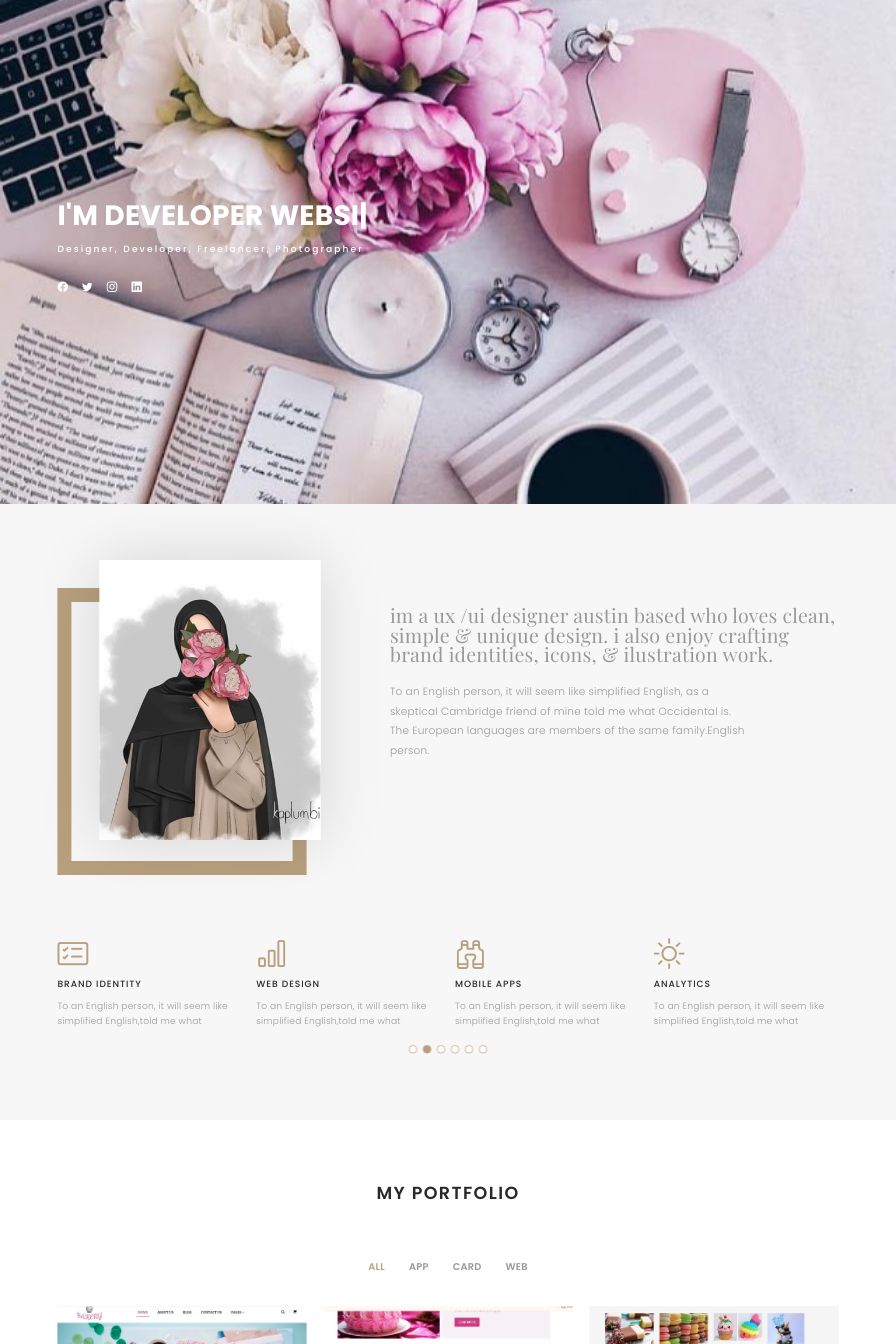
Repository: AlaaBashirSaijary/Library
Page: http://localhost/home
The author's editor kept a copy of each file at every save. The page is drawn from the files as they stood at one save, then again after a run of saves.
The browser window is 1280 px wide. The pictures show the part of the page from y = 0 to 1920 px (the page is 3559 px tall), at 70% of full size.
Some web fonts or font styles are not loaded; a fallback is used. The page is served by the project's Laravel application, run on PHP 8.4 with Laravel 10. Other server files are loaded and not shown.

Above is the page before, as saved 2024-01-04 15:24:13.

### routes/web.php
<?php

use Illuminate\Support\Facades\Route;

/*
|--------------------------------------------------------------------------
| Web Routes
|--------------------------------------------------------------------------
|
| Here is where you can register web routes for your application. These
| routes are loaded by the RouteServiceProvider and all of them will
| be assigned to the "web" middleware group. Make something great!
|
*/

Route::get('/', function () {
    return view('welcome');
});
Route::get('/home', function () {
    return view('pages.home');
});

### resources/views/pages/home.blade.php
@extends("master.app")

@section("content")
  <!-- ======= Hero Section ======= -->
  <div id="hero" class="home">

    <div class="container">
      <div class="hero-content">
        <h1>I'm <span class="typed" data-typed-items="Alaa Saijary,  Developer Website, Developer Website, Freelancer, Writer"></span></h1>
        <p>Designer, Developer, Freelancer, Photographer</p>

        <ul class="list-unstyled list-social">
          <li><a href="#"><i class="bi bi-facebook"></i></a></li>
          <li><a href="#"><i class="bi bi-twitter"></i></a></li>
          <li><a href="#"><i class="bi bi-instagram"></i></a></li>
          <li><a href="#"><i class="bi bi-linkedin"></i></a></li>
        </ul>
      </div>
    </div>
  </div><!-- End Hero -->

  <main id="main">

    <!-- ======= About Section ======= -->
    <div id="about" class="paddsection">
      <div class="container">
        <div class="row justify-content-between">

          <div class="col-lg-4 ">
            <div class="div-img-bg">
              <div class="about-img">
                <img src="assets/img/me.jpg" class="img-responsive" alt="me">
              </div>
            </div>
          </div>

          <div class="col-lg-7">
            <div class="about-descr">

              <p class="p-heading">im a ux /ui designer austin based who loves clean, simple & unique design. i also enjoy crafting brand identities, icons, & ilustration work. </p>
              <p class="separator">To an English person, it will seem like simplified English, as a skeptical Cambridge friend of mine told me what Occidental is. The European languages are members of the same family.English person.</p>

            </div>

          </div>
        </div>
      </div>
    </div><!-- End About Section -->

    <!-- ======= Services Section ======= -->
    <div id="services">
      <div class="container">

        <div class="services-slider swiper" data-aos="fade-up" data-aos-delay="100">
          <div class="swiper-wrapper">

            <div class="swiper-slide">
              <div class="services-block">
                <i class="bi bi-briefcase"></i>
                <span>UI/UX DESIGN</span>
                <p class="separator">To an English person, it will seem like simplified English,told me what </p>
              </div>
            </div><!-- End testimonial item -->

            <div class="swiper-slide">
              <div class="services-block">
                <i class="bi bi-card-checklist"></i>
                <span>BRAND IDENTITY</span>
                <p class="separator">To an English person, it will seem like simplified English,told me what </p>
              </div>
            </div><!-- End testimonial item -->

            <div class="swiper-slide">
              <div class="services-block">
                <i class="bi bi-bar-chart"></i>
                <span>WEB DESIGN</span>
                <p class="separator">To an English person, it will seem like simplified English,told me what </p>
              </div>
            </div><!-- End testimonial item -->

            <div class="swiper-slide">
              <div class="services-block">
                <i class="bi bi-binoculars"></i>
                <span>MOBILE APPS</span>
                <p class="separator">To an English person, it will seem like simplified English,told me what </p>
              </div>
            </div><!-- End testimonial item -->

            <div class="swiper-slide">
              <div class="services-block">
                <i class="bi bi-brightness-high"></i>
                <span>Analytics</span>
                <p class="separator">To an English person, it will seem like simplified English,told me what </p>
              </div>
            </div><!-- End testimonial item -->

            <div class="swiper-slide">
              <div class="services-block">
                <i class="bi bi-calendar4-week"></i>
                <span>PHOTOGRAPHY</span>
                <p class="separator">To an English person, it will seem like simplified English,told me what </p>
              </div>
            </div><!-- End testimonial item -->

          </div>
          <div class="swiper-pagination"></div>
        </div>

      </div>

    </div><!-- End Services Section -->

    <!-- ======= Portfolio Section ======= -->
    <div id="portfolio" class="paddsection">

      <div class="container">
        <div class="section-title text-center">
          <h2>My Portfolio</h2>
        </div>
      </div>

      <div class="container">

        <div class="row">
          <div class="col-lg-12 d-flex justify-content-center">
            <ul id="portfolio-flters">
              <li data-filter="*" class="filter-active">All</li>
              <li data-filter=".filter-app">App</li>
              <li data-filter=".filter-card">Card</li>
              <li data-filter=".filter-web">Web</li>
            </ul>
          </div>
        </div>

        <div class="row portfolio-container">

          <div class="col-lg-4 col-md-6 portfolio-item filter-app">
            <img src="assets/img/portfolio/portfolio-1.jpg" class="img-fluid" alt="">
            <div class="portfolio-info">
              <h4>App 1</h4>
              <p>App</p>
              <a href="assets/img/portfolio/portfolio-1.jpg" data-gallery="portfolioGallery" class="portfolio-lightbox preview-link" title="App 1"><i class="bx bx-plus"></i></a>
              <a href="portfolio-details.html" class="details-link" title="More Details"><i class="bx bx-link"></i></a>
            </div>
          </div>

          <div class="col-lg-4 col-md-6 portfolio-item filter-web">
            <img src="assets/img/portfolio/portfolio-2.jpg" class="img-fluid" alt="">
            <div class="portfolio-info">
              <h4>Web 3</h4>
              <p>Web</p>
              <a href="assets/img/portfolio/portfolio-2.jpg" data-gallery="portfolioGallery" class="portfolio-lightbox preview-link" title="Web 3"><i class="bx bx-plus"></i></a>
              <a href="portfolio-details.html" class="details-link" title="More Details"><i class="bx bx-link"></i></a>
            </div>
          </div>

          <div class="col-lg-4 col-md-6 portfolio-item filter-app">
            <img src="assets/img/portfolio/portfolio-3.jpg" class="img-fluid" alt="">
            <div class="portfolio-info">
              <h4>App 2</h4>
              <p>App</p>
              <a href="assets/img/portfolio/portfolio-3.jpg" data-gallery="portfolioGallery" class="portfolio-lightbox preview-link" title="App 2"><i class="bx bx-plus"></i></a>
              <a href="portfolio-details.html" class="details-link" title="More Details"><i class="bx bx-link"></i></a>
            </div>
          </div>

          <div class="col-lg-4 col-md-6 portfolio-item filter-card">
            <img src="assets/img/portfolio/portfolio-4.jpg" class="img-fluid" alt="">
            <div class="portfolio-info">
              <h4>Card 2</h4>
              <p>Card</p>
              <a href="assets/img/portfolio/portfolio-4.jpg" data-gallery="portfolioGallery" class="portfolio-lightbox preview-link" title="Card 2"><i class="bx bx-plus"></i></a>
              <a href="portfolio-details.html" class="details-link" title="More Details"><i class="bx bx-link"></i></a>
            </div>
          </div>

          <div class="col-lg-4 col-md-6 portfolio-item filter-web">
            <img src="assets/img/portfolio/portfolio-5.jpg" class="img-fluid" alt="">
            <div class="portfolio-info">
              <h4>Web 2</h4>
              <p>Web</p>
              <a href="assets/img/portfolio/portfolio-5.jpg" data-gallery="portfolioGallery" class="portfolio-lightbox preview-link" title="Web 2"><i class="bx bx-plus"></i></a>
              <a href="portfolio-details.html" class="details-link" title="More Details"><i class="bx bx-link"></i></a>
            </div>
          </div>

          <div class="col-lg-4 col-md-6 portfolio-item filter-app">
            <img src="assets/img/portfolio/portfolio-6.jpg" class="img-fluid" alt="">
            <div class="portfolio-info">
              <h4>App 3</h4>
              <p>App</p>
              <a href="assets/img/portfolio/portfolio-6.jpg" data-gallery="portfolioGallery" class="portfolio-lightbox preview-link" title="App 3"><i class="bx bx-plus"></i></a>
              <a href="portfolio-details.html" class="details-link" title="More Details"><i class="bx bx-link"></i></a>
            </div>
          </div>

        </div>

      </div>

    </div><!-- End Portfolio Section -->

    <!-- ======= Journal Section ======= -->
    <div id="journal" class="text-left paddsection">

      <div class="container">
        <div class="section-title text-center">
          <h2>journal</h2>
        </div>
      </div>

      <div class="container">
        <div class="journal-block">
          <div class="row">

            <div class="col-lg-4 col-md-6">
              <div class="journal-info">

                <a href="blog-single.html"><img src="assets/img/blog-post-1.jpg" class="img-responsive" alt="img"></a>

                <div class="journal-txt">

                  <h4><a href="blog-single.html">SO LETS MAKE THE MOST IS BEAUTIFUL</a></h4>
                  <p class="separator">To an English person, it will seem like simplified English
                  </p>

                </div>

              </div>
            </div>

            <div class="col-lg-4 col-md-6">
              <div class="journal-info">

                <a href="blog-single.html"><img src="assets/img/blog-post-2.jpg" class="img-responsive" alt="img"></a>

                <div class="journal-txt">

                  <h4><a href="blog-single.html">WE'RE GONA MAKE DREAMS COMES</a></h4>
                  <p class="separator">To an English person, it will seem like simplified English
                  </p>

                </div>

              </div>
            </div>

            <div class="col-lg-4 col-md-6">
              <div class="journal-info">

                <a href="blog-single.html"><img src="assets/img/blog-post-3.jpg" class="img-responsive" alt="img"></a>

                <div class="journal-txt">

                  <h4><a href="blog-single.html">NEW LIFE CIVILIZATIONS TO BOLDLY</a></h4>
                  <p class="separator">To an English person, it will seem like simplified English
                  </p>

                </div>

              </div>
            </div>

          </div>
        </div>
      </div>

    </div><!-- End Journal Section -->

    <!-- ======= Contact Section ======= -->
    <div id="contact" class="paddsection">
      <div class="container">
        <div class="contact-block1">
          <div class="row">

            <div class="col-lg-6">
              <div class="contact-contact">

                <h2 class="mb-30">GET IN TOUCH</h2>

                <ul class="contact-details">
                  <li><span>23 Main, Street</span></li>
                  <li><span>New York, United States</span></li>
                  <li><span>+88 01912704287</span></li>
                  <li><span>example@example.com</span></li>
                </ul>

              </div>
            </div>

            <div class="col-lg-6">
              <form action="forms/contact.php" method="post" role="form" class="php-email-form">
                <div class="row gy-3">

                  <div class="col-lg-6">
                    <div class="form-group contact-block1">
                      <input type="text" name="name" class="form-control" id="name" placeholder="Your Name" required>
                    </div>
                  </div>

                  <div class="col-lg-6">
                    <div class="form-group">
                      <input type="email" class="form-control" name="email" id="email" placeholder="Your Email" required>
                    </div>
                  </div>

                  <div class="col-lg-12">
                    <div class="form-group">
                      <input type="text" class="form-control" name="subject" id="subject" placeholder="Subject" required>
                    </div>
                  </div>

                  <div class="col-lg-12">
                    <div class="form-group">
                      <textarea class="form-control" name="message" placeholder="Message" required></textarea>
                    </div>
                  </div>

                  <div class="col-lg-12">
                    <div class="loading">Loading</div>
                    <div class="error-message"></div>
                    <div class="sent-message">Your message has been sent. Thank you!</div>
                  </div>

                  <div class="mt-0">
                    <input type="submit" class="btn btn-defeault btn-send" value="Send message">
                  </div>

                </div>
              </form>
            </div>
          </div>
        </div>
      </div>
    </div><!-- End Contact Section -->

  </main><!-- End #main -->

@endsection

### resources/views/master/app.blade.php
<!DOCTYPE html>
<html lang="en">

<head>
  <meta charset="utf-8">
  <meta content="width=device-width, initial-scale=1.0" name="viewport">

  <title>Folio Bootstrap Template - Index</title>
  <meta content="" name="description">
  <meta content="" name="keywords">

  <!-- Favicons -->
  <link href="{{ asset("img/favicon.png") }}" rel="icon">
  <link href="{{ asset("img/apple-touch-icon.png") }}" rel="apple-touch-icon">

  <!-- Google Fonts -->
  <link href="https://fonts.googleapis.com/css?family=Poppins:300,300i,400,400i,500,500i,600,600i,700,700i|Playfair+Display:400,400i,500,500i,600,600i,700,700i,900,900i" rel="stylesheet">

  <!-- Vendor CSS Files -->
  <link href='{{asset("vendor/bootstrap/css/bootstrap.min.css")  }}' rel="stylesheet">
  <link href='{{asset("vendor/bootstrap-icons/bootstrap-icons.css")  }}' rel="stylesheet">
  <link href='{{asset("vendor/boxicons/css/boxicons.min.css")  }}' rel="stylesheet">
  <link href='{{asset("vendor/glightbox/css/glightbox.min.css")  }}' rel="stylesheet">
  <link href='{{asset("vendor/swiper/swiper-bundle.min.css")  }}' rel="stylesheet">

  <!-- Template Main CSS File -->
  <link href='{{ asset("css/style.css") }}' rel="stylesheet">

  <!-- =======================================================
  * Template Name: Folio
  * Updated: Nov 17 2023 with Bootstrap v5.3.2
  * Template URL: https://bootstrapmade.com/folio-bootstrap-portfolio-template/
  * Author: BootstrapMade.com
  * License: https://bootstrapmade.com/license/
  ======================================================== -->
</head>

<body>


@include("master.header")
@yield("content")
@include("master.footer")


  <a href="#" class="back-to-top d-flex align-items-center justify-content-center"><i class="bi bi-arrow-up-short"></i></a>

  <!-- Vendor JS Files -->
  <script src='{{ asset("vendor/bootstrap/js/bootstrap.bundle.min.js") }}'></script>
  <script src='{{ asset("vendor/glightbox/js/glightbox.min.js") }}'></script>
  <script src='{{ asset("vendor/isotope-layout/isotope.pkgd.min.js") }}'></script>
  <script src='{{ asset("vendor/swiper/swiper-bundle.min.js") }}'></script>
  <script src='{{ asset("vendor/typed.js/typed.umd.js") }}'></script>
  <script src='{{ asset("vendor/php-email-form/validate.js") }}'></script>

  <!-- Template Main JS File -->
  <script src='{{ asset("js/main.js") }}'></script>

</body>

</html>

### resources/views/master/header.blade.php
  <!-- ======= Header ======= -->
  <header id="header" class="fixed-top ">
    <div class="container d-flex align-items-center justify-content-between">

      <a href="index.html" class="logo"><img src="assets/img/logo.png" alt="" class="img-fluid"></a>
      <!-- Uncomment below if you prefer to use an text logo -->
      <!-- <h1 class="logo"><a href="index.html">Folio</a></h1> -->

      <nav id="navbar" class="navbar">
        <ul>
          <li><a class="nav-link scrollto active" href="#hero">Home</a></li>
          <li><a class="nav-link scrollto" href="#about">About</a></li>
          <li><a class="nav-link  scrollto" href="#portfolio">Portfolio</a></li>
          <li><a class="nav-link  scrollto" href="#journal">Blog</a></li>
          <li class="dropdown"><a href="#"><span>Drop Down</span> <i class="bi bi-chevron-down"></i></a>
            <ul>
              <li><a href="#">Drop Down 1</a></li>
              <li class="dropdown"><a href="#"><span>Deep Drop Down</span> <i class="bi bi-chevron-right"></i></a>
                <ul>
                  <li><a href="#">Deep Drop Down 1</a></li>
                  <li><a href="#">Deep Drop Down 2</a></li>
                  <li><a href="#">Deep Drop Down 3</a></li>
                  <li><a href="#">Deep Drop Down 4</a></li>
                  <li><a href="#">Deep Drop Down 5</a></li>
                </ul>
              </li>
              <li><a href="#">Drop Down 2</a></li>
              <li><a href="#">Drop Down 3</a></li>
              <li><a href="#">Drop Down 4</a></li>
            </ul>
          </li>
          <li><a class="nav-link scrollto" href="#contact">Contact</a></li>
        </ul>
        <i class="bi bi-list mobile-nav-toggle"></i>
      </nav><!-- .navbar -->

    </div>
  </header><!-- End Header -->

### resources/views/master/footer.blade.php
<div id="footer" class="text-center">
    <div class="container">
      <div class="socials-media text-center">

        <ul class="list-unstyled">
          <li><a href="#"><i class="bi bi-facebook"></i></a></li>
          <li><a href="#"><i class="bi bi-twitter"></i></a></li>
          <li><a href="#"><i class="bi bi-instagram"></i></a></li>
          <li><a href="#"><i class="bi bi-linkedin"></i></a></li>
        </ul>

      </div>

      <p>&copy; Copyrights Folio. All rights reserved.</p>

      <div class="credits">
        <!--
        All the links in the footer should remain intact.
        You can delete the links only if you purchased the pro version.
        Licensing information: https://bootstrapmade.com/license/
        Purchase the pro version with working PHP/AJAX contact form: https://bootstrapmade.com/buy/?theme=Folio
      -->
        Designed by <a href="https://bootstrapmade.com/">BootstrapMade</a>
      </div>

    </div>
  </div><!-- End Footer -->

Loaded but not shown: public/js/main.js (263 lines, source omitted); public/css/style.css (1546 lines, source omitted)

After the next 3 saves:
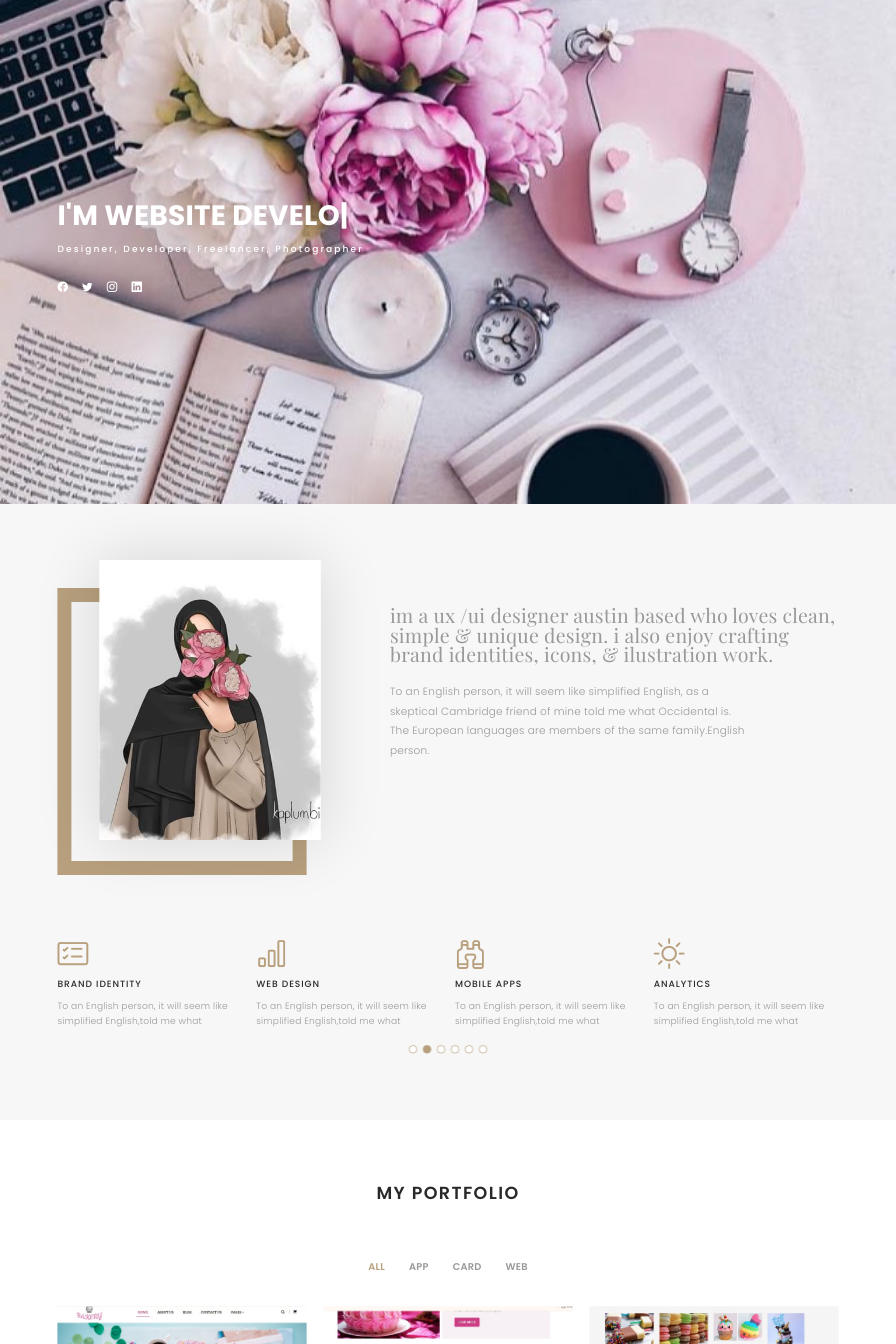
The 3 saves are shown as one change because they came seconds apart.
The last was saved 11 s later.
--- a/resources/views/pages/home.blade.php
+++ b/resources/views/pages/home.blade.php
@@ -6,7 +6,7 @@
 
     <div class="container">
       <div class="hero-content">
-        <h1>I'm <span class="typed" data-typed-items="Alaa Saijary,  Developer Website, Developer Website, Freelancer, Writer"></span></h1>
+        <h1>I'm <span class="typed" data-typed-items="Alaa Saijary,Website  Developer , Developer , Freelancer, Writer"></span></h1>
         <p>Designer, Developer, Freelancer, Photographer</p>
 
         <ul class="list-unstyled list-social">
